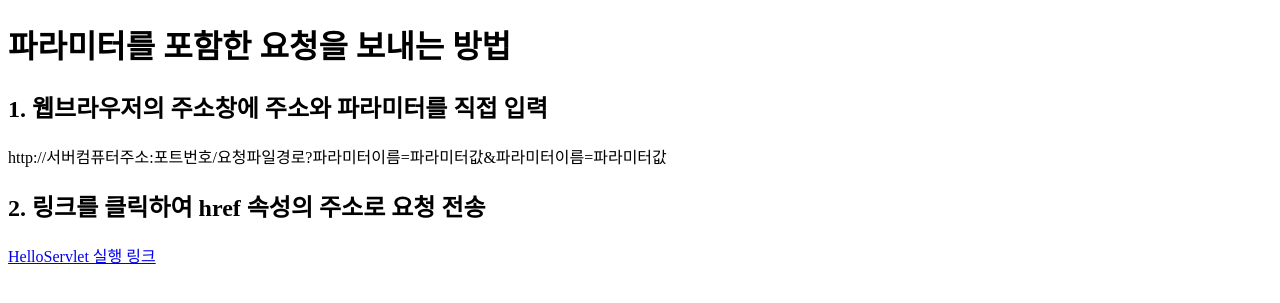
Repository: gywjd848/jeongblog
Page: workspace/exweb/WebContent/param.html
An editor plug-in stored every save of this project. The page is shown before and after the next save, followed by the edit.
The browser window is 1280 px wide. The pictures show the whole page.

Above is the page before, as saved 2020-05-15 01:36:22.

After the next save:
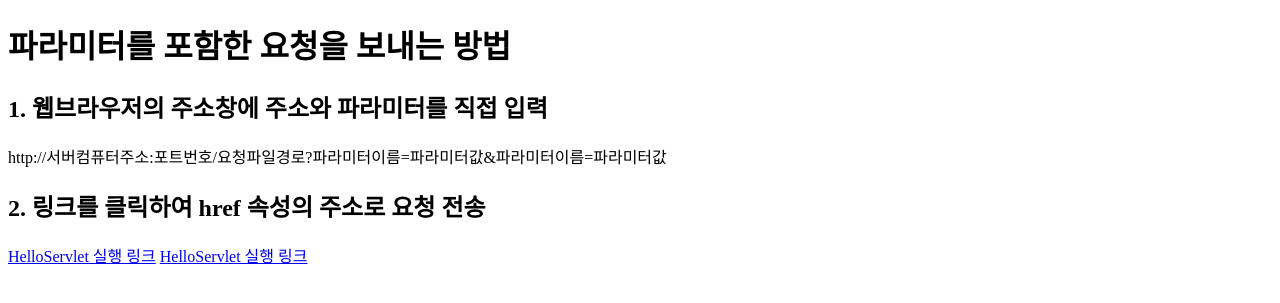
Saved 10 min 26 s later.
--- a/workspace/exweb/WebContent/param.html
+++ b/workspace/exweb/WebContent/param.html
@@ -11,6 +11,7 @@
 	<h2>2. 링크를 클릭하여 href 속성의 주소로 요청 전송</h2>
 	<div>
 		<a href="http://localhost:8000/exweb/hello.do?a=hello&b=포로리">HelloServlet 실행 링크</a>
+		<a href="/exweb/hello.do?a=hello&b=포로리">HelloServlet 실행 링크</a>
 	</div>
 </body>
 </html>
